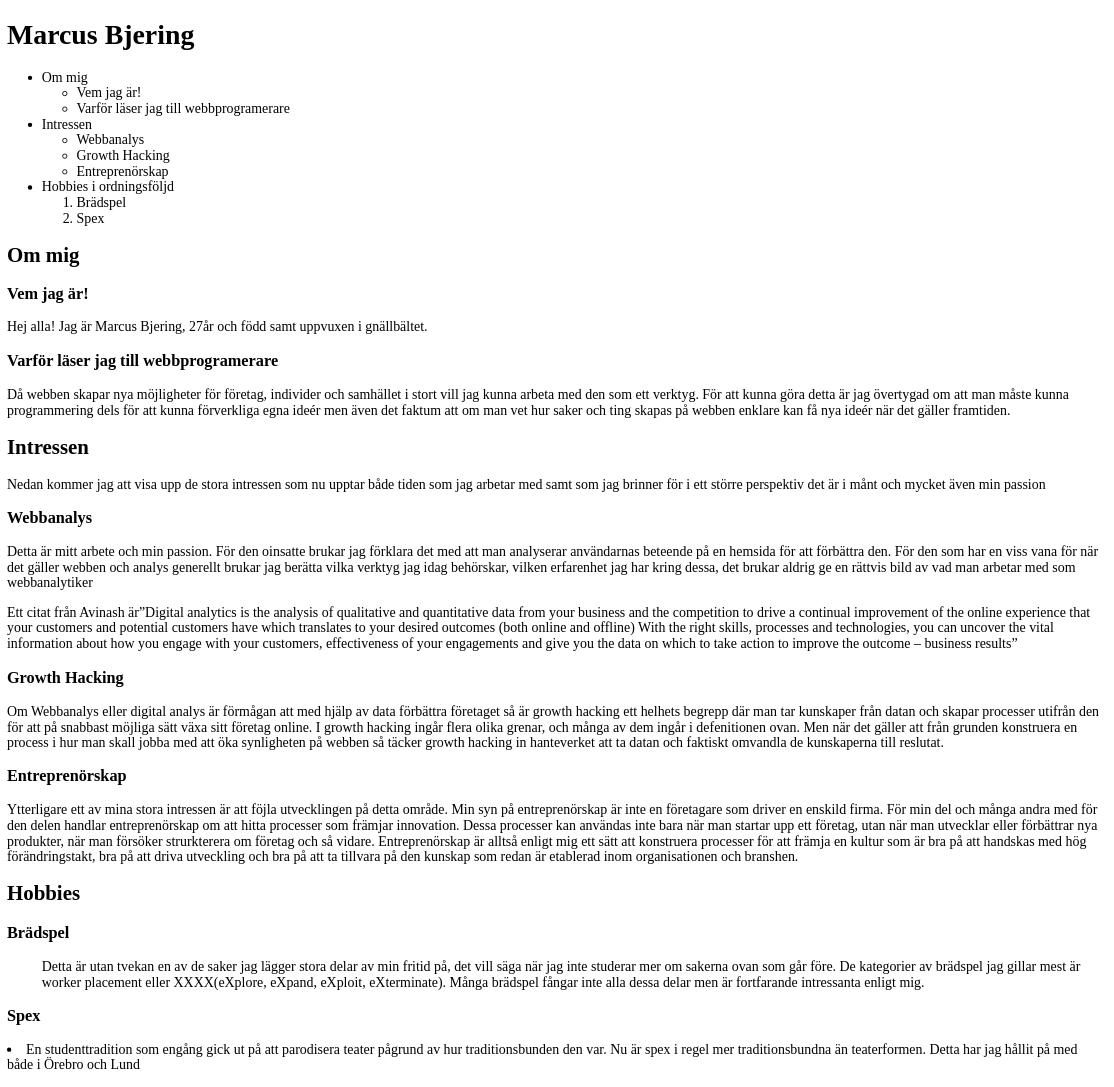
Repository: mb223ks/1IK415-laborationer
Page: pages/presentation.html
The author's editor kept a record of every edit. The page is drawn from the files as they stood at one moment, then again after the next edit.
The browser window is 1280 px wide. The pictures show the whole page, at 87% of full size.

Above is the page before.

After the next edit:
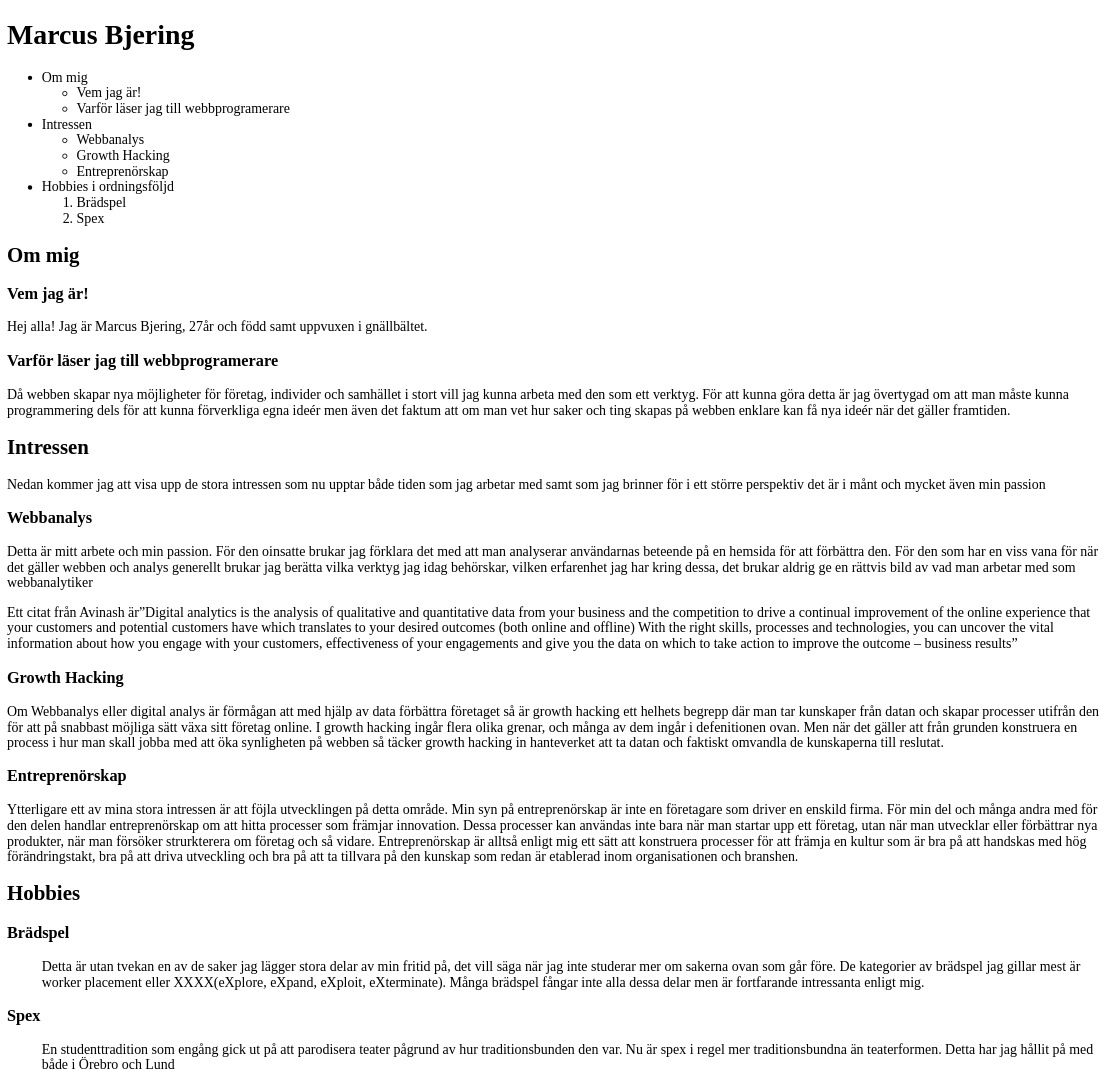
The edit:
--- a/pages/presentation.html
+++ b/pages/presentation.html
@@ -48,7 +48,7 @@
             <dt><h3>Brädspel</h3></dt>
                 <dd>Detta är utan tvekan en av de saker jag lägger stora delar av min fritid på, det vill säga när jag inte studerar mer om sakerna ovan som går före. De kategorier av brädspel jag gillar mest är worker placement eller XXXX(eXplore, eXpand, eXploit, eXterminate). Många brädspel fångar inte alla dessa delar men är fortfarande intressanta enligt mig.</li>
             <dt><h3>Spex</h3></dt>
-                <li>En studenttradition som engång gick ut på att parodisera teater pågrund av hur traditionsbunden den var. Nu är spex i regel mer traditionsbundna än teaterformen. Detta har jag hållit på med både i Örebro och Lund</li>
+                <dd>En studenttradition som engång gick ut på att parodisera teater pågrund av hur traditionsbunden den var. Nu är spex i regel mer traditionsbundna än teaterformen. Detta har jag hållit på med både i Örebro och Lund</li>
         </dl>
     </body>
 </html>
